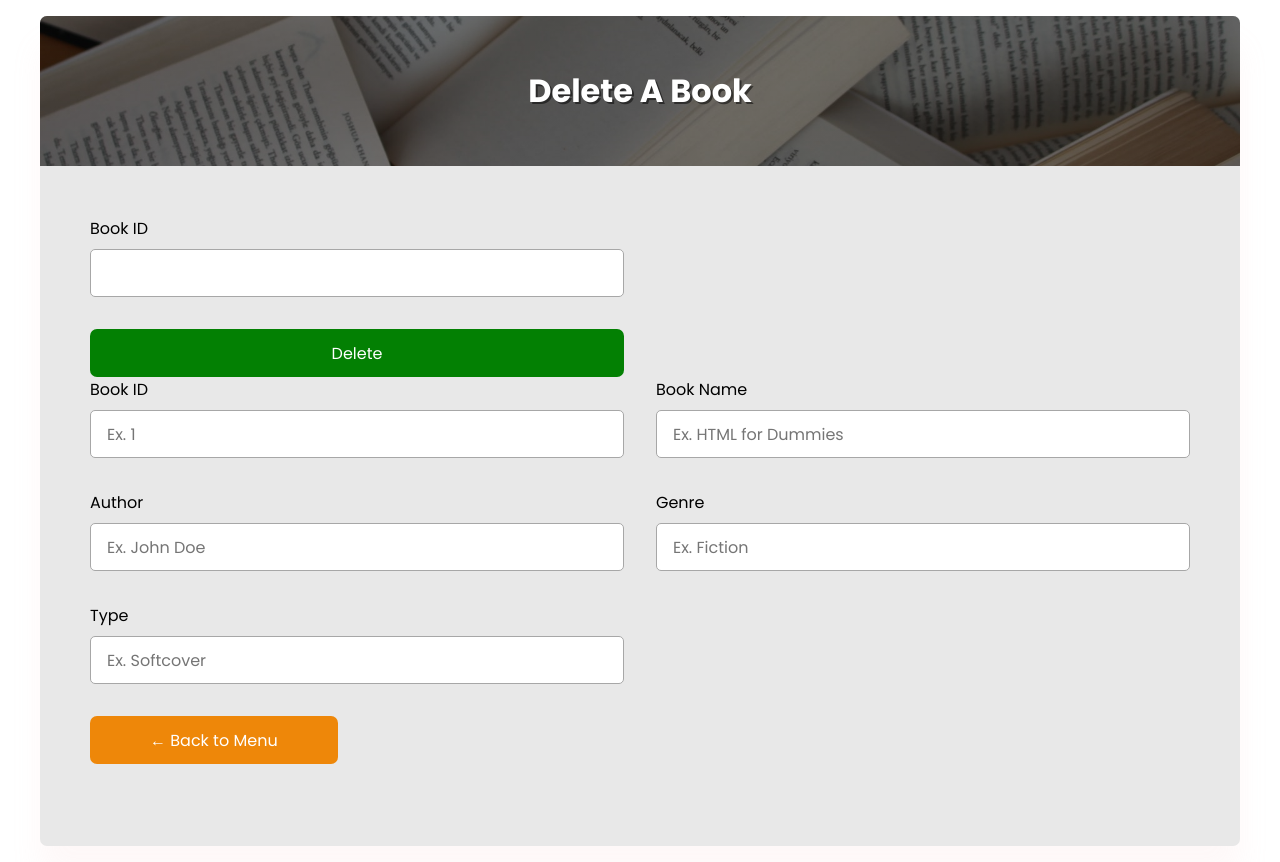
Repository: kcvijay/node_advanced_books
Page: booksSPA/public/pages/deleteBook.html
These files come from the project's save history. The page is drawn as it stood at one moment and after the next save; the edit follows.
The browser window is 1280 px wide. The pictures show the whole page.

Above is the page before, as saved 2023-03-08 17:50:24.

### booksSPA/public/pages/deleteBook.html
<!DOCTYPE html>
<html lang="en">
  <head>
    <meta charset="UTF-8" />
    <meta http-equiv="X-UA-Compatible" content="IE=edge" />
    <meta name="viewport" content="width=device-width, initial-scale=1.0" />
    <title>Delete A Book</title>
    <link rel="stylesheet" href="../styles/styles.css" />
  </head>
  <body>
    <div class="main-wrapper">
      <div class="heading">
        <h1>Delete A Book</h1>
      </div>
      <div class="data-field">
        <form>
          <div>
            <label for="id">Book ID</label>
            <input type="text" id="id" name="id" />
          </div>
          <div></div>
          <button type="submit" id="submit" class="primary-btn">Delete</button>
        </form>
        <form>
          <div>
            <label for="id">Book ID</label>
            <input
              type="text"
              id="id"
              name="id"
              placeholder="Ex. 1"
              autocomplete="off"
              required
            />
          </div>
          <div>
            <label for="name">Book Name</label>
            <input
              type="text"
              id="name"
              name="name"
              placeholder="Ex. HTML for Dummies"
              autocomplete="off"
            />
          </div>
          <div>
            <label for="author">Author</label>
            <input
              type="text"
              id="author"
              name="author"
              placeholder="Ex. John Doe"
              autocomplete="off"
            />
          </div>
          <div>
            <label for="genre">Genre</label>
            <input
              type="text"
              id="genre"
              name="genre"
              placeholder="Ex. Fiction"
              autocomplete="off"
            />
          </div>
          <div>
            <label for="type">Type</label>
            <input
              type="text"
              id="type"
              name="type"
              placeholder="Ex. Softcover"
              autocomplete="off"
            />
          </div>
        </form>
        <div id="messagearea"></div>
        <div>
          <button class="secondary-btn">&larr;&nbsp;Back to Menu</button>
        </div>
      </div>
    </div>
    <script src="/js/deleteBookHandler.js"></script>
  </body>
</html>

### booksSPA/public/styles/styles.css
@import url("https://fonts.googleapis.com/css2?family=Poppins:wght@400;700&display=swap");

* {
  margin: 0;
  padding: 0;
  box-sizing: border-box;
}

body {
  max-width: 100vw;
  min-height: 100vh;
  font-family: "Poppins", sans-serif;
}

.main-wrapper {
  max-width: 1200px;
  background: #e8e8e8;
  margin: 16px auto;
  border-radius: 7px;
  box-shadow: 0 30px 30px rgba(241, 182, 182, 0.1);
  overflow: hidden;
  transition: all 0.3s ease;
}

.heading {
  background: linear-gradient(rgba(0, 0, 0, 0.4), rgba(0, 0, 0, 0.4)),
    url("../assets/books.jpeg");
  background-position: center;
  background-size: cover;
  background-repeat: no-repeat;
  height: 150px;
  display: flex;
  justify-content: center;
  align-items: center;
}

h1 {
  position: relative;
  color: #fff;
  text-shadow: 2px 2px rgba(0, 0, 0, 0.5);
}

.data-field {
  padding: 50px;
}

input,
textarea,
button {
  font-family: inherit;
  font-size: 16px;
}

input:disabled {
  background-color: #c3bfbf;
  cursor: no-drop;
}
input:disabled:focus {
  outline: none;
}

form {
  display: grid;
  grid-template-columns: 1fr 1fr;
  gap: 32px;
  justify-items: start;
  transition: all 0.3s ease-in-out;
}

form div {
  width: 100%;
}

form label {
  display: inline-block;
  width: 100px;
  margin-bottom: 8px;
}

form input {
  height: 48px;
  width: 100%;
  padding: 0 16px;
  border: 1px solid #a7a7a7;
  border-radius: 5px;
  transition: all 0.3s ease;
}

form input:focus {
  outline: 3px solid #ee870978;
  border: none;
}

.button-set {
  display: grid;
  grid-template-columns: 1fr 1fr;
  gap: 32px;
}

.button-set div .primary-btn {
  display: block;
  width: 100%;
  text-decoration: none;
  display: flex;
  justify-content: center;
  align-items: center;
}

button:hover,
button:active {
  filter: brightness(0.9);
}

.button-set {
  margin-top: 32px;
}

.primary-btn {
  display: flex;
  justify-content: center;
  align-items: center;
  width: 100%;
  height: 48px;
  background-color: #038003;
  text-decoration: none;
  padding: 8px 60px;
  color: #fff;
  border: none;
  border-radius: 7px;
  cursor: pointer;
  transition: all 0.3s ease;
}

.secondary-btn {
  display: flex;
  justify-content: center;
  align-items: center;
  height: 48px;
  margin: 32px 0;
  background-color: #ee8709;
  text-decoration: none;
  padding: 8px 60px;
  color: #fff;
  border: none;
  border-radius: 7px;
  cursor: pointer;
  transition: all 0.3s ease;
}

#messagearea {
  position: absolute;
  left: 0;
  top: 0;
  width: 100vw;
  height: 100vh;
  background-color: rgba(0, 0, 0, 0.7);
  display: none;
  justify-content: center;
  align-items: center;
  z-index: 999;
}

#messagearea p {
  background-color: #fff;
  padding: 32px;
}

/**** TABLE ****/

.table-field {
  overflow-x: auto;
}

table {
  margin: 0 auto;
  max-width: fit-content;
}
thead {
  background: #038003;
  color: #fff;
}
th,
td {
  width: 250px;
  height: 48px;
  padding: 16px;
}

tr:nth-child(odd) {
  background: #ee870945;
}

tr:nth-child(even) {
  background: #ee87095e;
}

tr:last-child td:first-child {
  border-radius: 0 0 0 7px;
}

tr:last-child td:last-child {
  border-radius: 0 0 7px 0;
}

th:not(:first-child) {
  text-align: left;
}

th:first-child {
  border-radius: 7px 0 0 0;
}

th:last-child {
  text-align: center;
  border-radius: 0 7px 0 0;
}

td {
  padding-left: 16px;
}

td:first-child,
td:last-child {
  text-align: center;
}

@media screen and (max-width: 700px) {
  .main-wrapper {
    margin: 0 16px;
  }
  form {
    grid-template-columns: 1fr;
  }

  .data-field {
    padding: 18px;
  }

  .table-field {
    overflow-x: auto;
  }

  table {
    font-size: 14px;
  }

  .button-set {
    grid-template-columns: 1fr;
  }

  .button-set div a {
    display: block;
    width: 100%;
  }
}

### booksSPA/public/js/deleteBookHandler.js
"use strict";

(function () {
  let inputField;
  let messageField;
  let submit;

  document.addEventListener("DOMContentLoaded", init);

  function init() {
    inputField = document.querySelector("#id");
    messageField = document.querySelector("#messagearea");
    submit = document.querySelector("#submit");
  }
})();

After the next save:
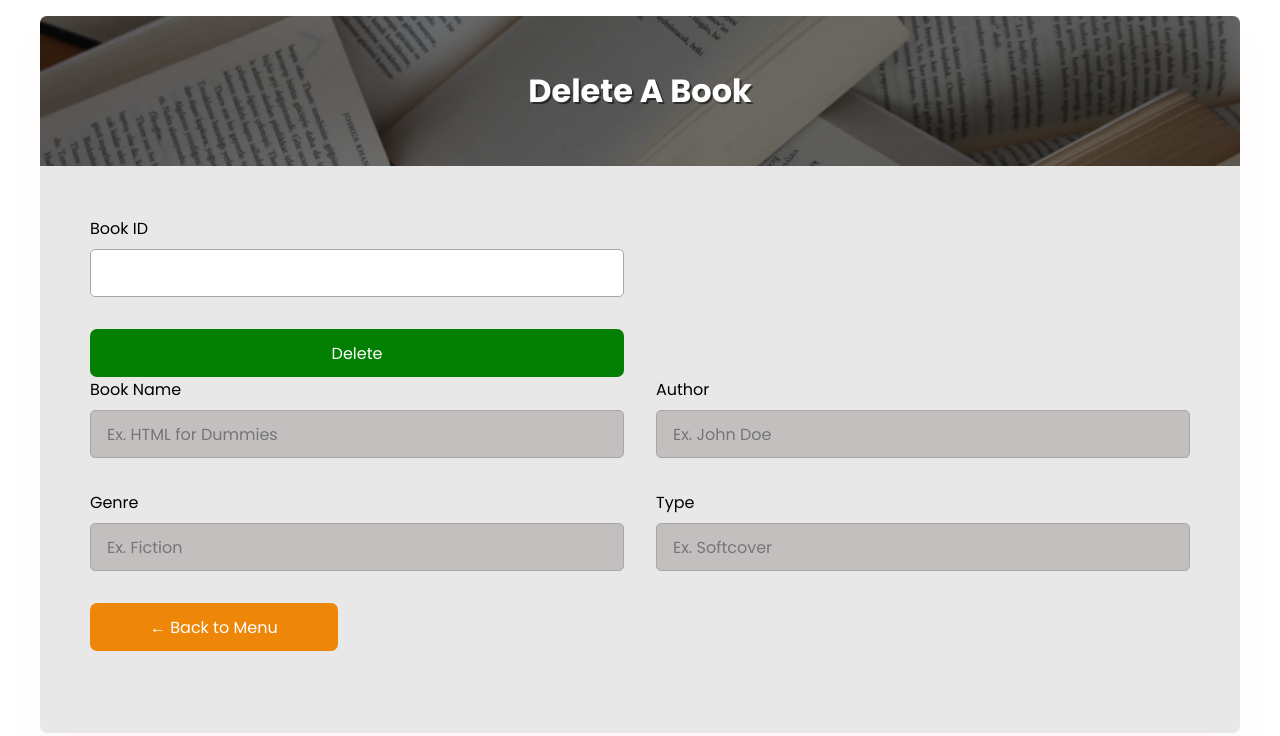
Saved 52 s later.
--- a/booksSPA/public/pages/deleteBook.html
+++ b/booksSPA/public/pages/deleteBook.html
@@ -23,17 +23,6 @@
         </form>
         <form>
           <div>
-            <label for="id">Book ID</label>
-            <input
-              type="text"
-              id="id"
-              name="id"
-              placeholder="Ex. 1"
-              autocomplete="off"
-              required
-            />
-          </div>
-          <div>
             <label for="name">Book Name</label>
             <input
               type="text"
@@ -41,6 +30,7 @@
               name="name"
               placeholder="Ex. HTML for Dummies"
               autocomplete="off"
+              disabled
             />
           </div>
           <div>
@@ -51,6 +41,7 @@
               name="author"
               placeholder="Ex. John Doe"
               autocomplete="off"
+              disabled
             />
           </div>
           <div>
@@ -61,6 +52,7 @@
               name="genre"
               placeholder="Ex. Fiction"
               autocomplete="off"
+              disabled
             />
           </div>
           <div>
@@ -71,6 +63,7 @@
               name="type"
               placeholder="Ex. Softcover"
               autocomplete="off"
+              disabled
             />
           </div>
         </form>
